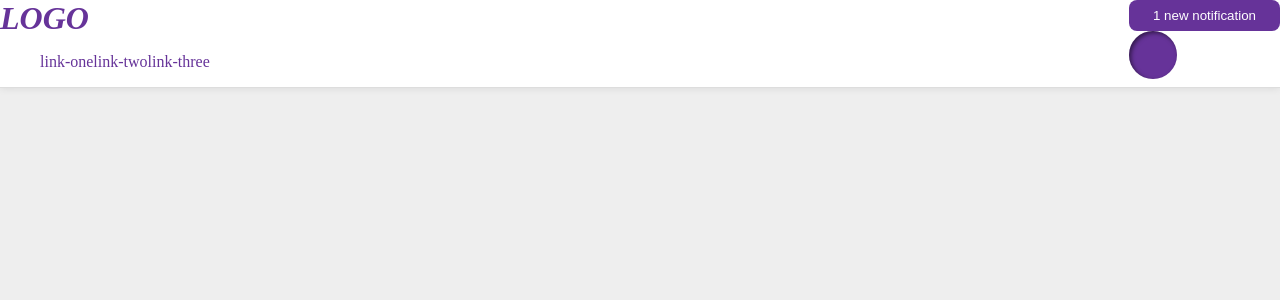
Repository: bbrockbrown/css-exercises
Page: flex/03-flex-header-2/index.html
These files come from the project's save history. The page is drawn as it stood at one moment and after the next save; the edit follows.
The browser window is 1280 px wide. The pictures show the whole page.
Some web fonts or font styles are not loaded; a fallback is used.

Above is the page before, as saved 2024-07-21 13:08:50.

### flex/03-flex-header-2/index.html
<!DOCTYPE html>
<html lang="en">
  <head>
    <meta charset="UTF-8">
    <meta http-equiv="X-UA-Compatible" content="IE=edge">
    <meta name="viewport" content="width=device-width, initial-scale=1.0">
    <title>Flex Header 2</title>
    <link rel="stylesheet" href="style.css">
  </head>
  <body>
    <div class="header">
      <div class="left">
        <div class="logo">
          LOGO
        </div>
        <ul class="links">
          <li><a href="https://google.com">link-one</a></li>
          <li><a href="https://google.com">link-two</a></li>
          <li><a href="https://google.com">link-three</a></li>
        </ul>
      </div>

      <div class="right">
        <button class="notifications">
          1 new notification
        </button>
        <div class="profile-image"></div>
      </div>

    </div>
  </body>
</html>

### flex/03-flex-header-2/style.css
/* this is some magical font-importing.
you'll learn about it later. */
@import url('https://fonts.googleapis.com/css2?family=Besley:ital,wght@0,400;1,900&display=swap');

body {
  margin: 0;
  background: #eee;
  font-family: Besley, serif;
}

.header {
  background: white;
  border-bottom: 1px solid #ddd;
  box-shadow: 0 0 8px rgba(0,0,0,.1);
  display: flex;
  justify-content: space-between;
}


.profile-image {
  background: rebeccapurple;
  box-shadow: inset 2px 2px 4px rgba(0,0,0,.5);
  border-radius: 50%;
  width: 48px;
  height: 48px;
}

.logo {
  color: rebeccapurple;
  font-size: 32px;
  font-weight: 900;
  font-style: italic;
}

button {
  border: none;
  border-radius: 8px;
  background: rebeccapurple;
  color: white;
  padding: 8px 24px;
}

a {
  /* this removes the line under our links */
  text-decoration: none;
  color: rebeccapurple;
}

ul {
  list-style-type: none;
  display: flex;
}

After the next save:
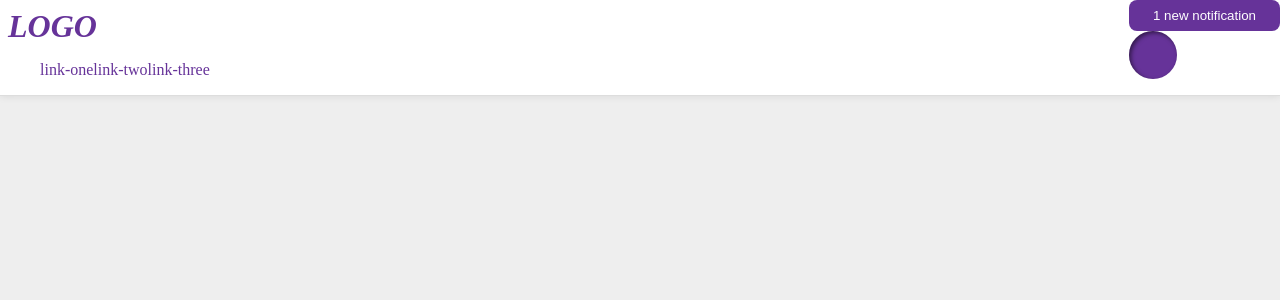
Saved 21 s later.
--- a/flex/03-flex-header-2/style.css
+++ b/flex/03-flex-header-2/style.css
@@ -30,6 +30,7 @@ body {
   font-size: 32px;
   font-weight: 900;
   font-style: italic;
+  margin: 8px;
 }
 
 button {
